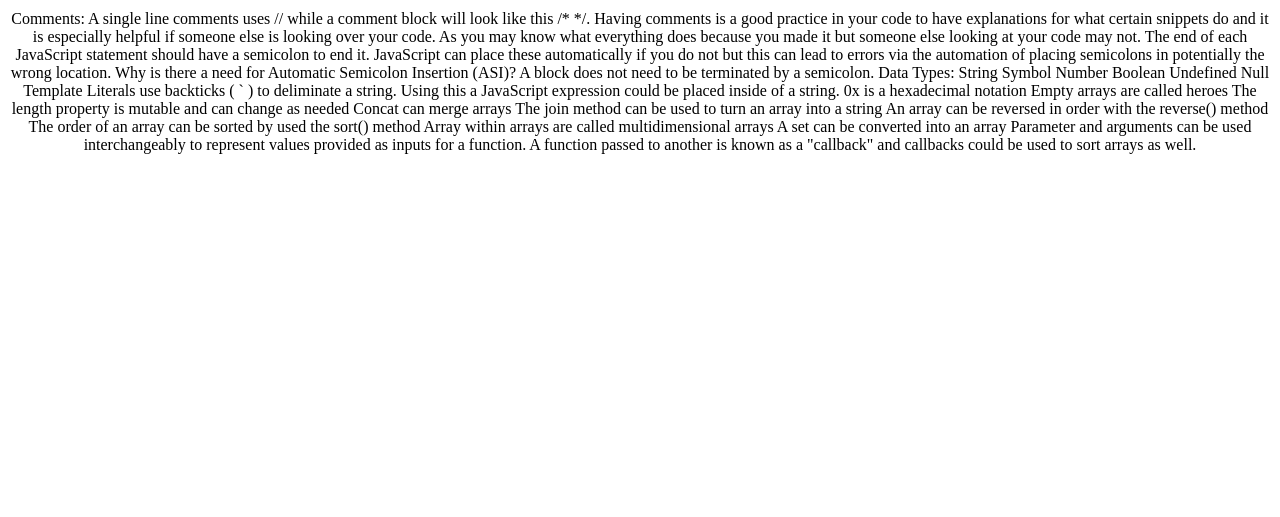
Repository: jknudsen97/WDD-330-Portfolio
Page: week2/notes.html
An editor plug-in stored every save of this project. The page is shown before and after the next save, followed by the edit.
The browser window is 1280 px wide. The pictures show the whole page.

Above is the page before, as saved 2021-10-20 19:42:31.

After the next save:
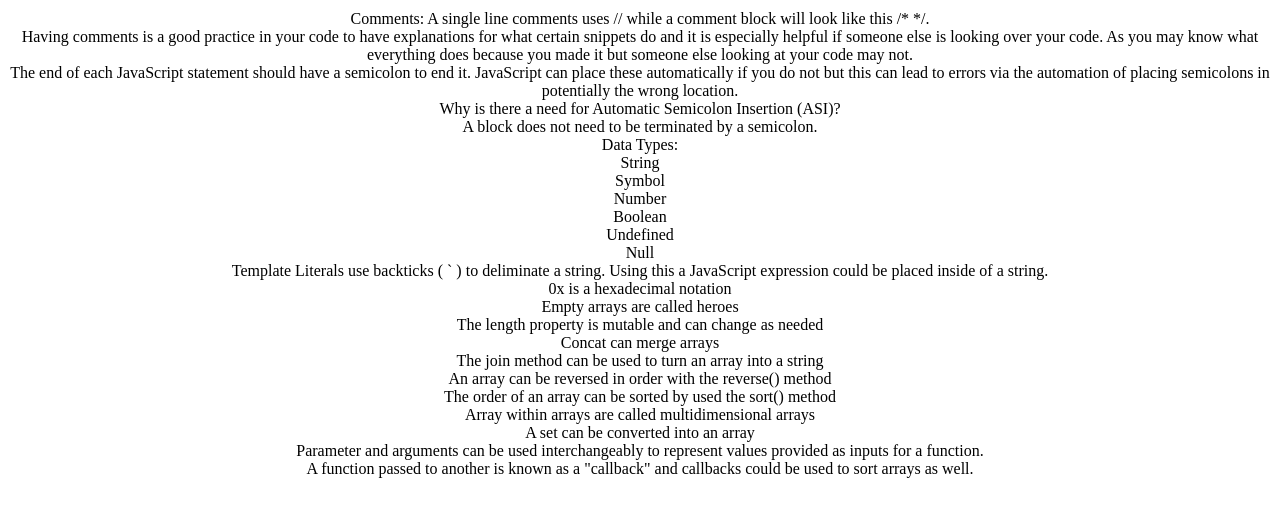
Saved 9 min 31 s later.
--- a/week2/notes.html
+++ b/week2/notes.html
@@ -10,46 +10,46 @@
 <body>
     <p>
         Comments:
-        A single line comments uses // while a comment block will look like this /* */.
-        Having comments is a good practice in your code to have explanations for what certain snippets do and it is especially helpful if someone else is looking over your code. As you may know what everything does because you made it but someone else looking at your code may not.
+        A single line comments uses // while a comment block will look like this /* */.<br>
+        Having comments is a good practice in your code to have explanations for what certain snippets do and it is especially helpful if someone else is looking over your code. As you may know what everything does because you made it but someone else looking at your code may not.<br>
 
-        The end of each JavaScript statement should have a semicolon to end it. JavaScript can place these automatically if you do not but this can lead to errors via the automation of placing semicolons in potentially the wrong location.
+        The end of each JavaScript statement should have a semicolon to end it. JavaScript can place these automatically if you do not but this can lead to errors via the automation of placing semicolons in potentially the wrong location.<br>
 
-        Why is there a need for Automatic Semicolon Insertion (ASI)?
+        Why is there a need for Automatic Semicolon Insertion (ASI)?<br>
 
-        A block does not need to be terminated by a semicolon.
+        A block does not need to be terminated by a semicolon.<br>
 
-        Data Types:
-        String
-        Symbol
-        Number
-        Boolean
-        Undefined
-        Null
+        Data Types:<br>
+        String<br>
+        Symbol<br>
+        Number<br>
+        Boolean<br>
+        Undefined<br>
+        Null<br>
 
-        Template Literals use backticks ( ` ) to deliminate a string. Using this a JavaScript expression could be placed inside of a string.
+        Template Literals use backticks ( ` ) to deliminate a string. Using this a JavaScript expression could be placed inside of a string.<br>
 
-        0x is a hexadecimal notation
+        0x is a hexadecimal notation<br>
 
-        Empty arrays are called heroes
+        Empty arrays are called heroes<br>
 
-        The length property is mutable and can change as needed
+        The length property is mutable and can change as needed<br>
 
-        Concat can merge arrays
+        Concat can merge arrays<br>
 
-        The join method can be used to turn an array into a string
+        The join method can be used to turn an array into a string<br>
 
-        An array can be reversed in order with the reverse() method
+        An array can be reversed in order with the reverse() method<br>
 
-        The order of an array can be sorted by used the sort() method
+        The order of an array can be sorted by used the sort() method<br>
 
-        Array within arrays are called multidimensional arrays
+        Array within arrays are called multidimensional arrays<br>
 
-        A set can be converted into an array
+        A set can be converted into an array<br>
 
-        Parameter and arguments can be used interchangeably to represent values provided as inputs for a function.
+        Parameter and arguments can be used interchangeably to represent values provided as inputs for a function.<br>
 
-        A function passed to another is known as a "callback" and callbacks could be used to sort arrays as well.
+        A function passed to another is known as a "callback" and callbacks could be used to sort arrays as well.<br>
     </p>
 </body>
 </html>
